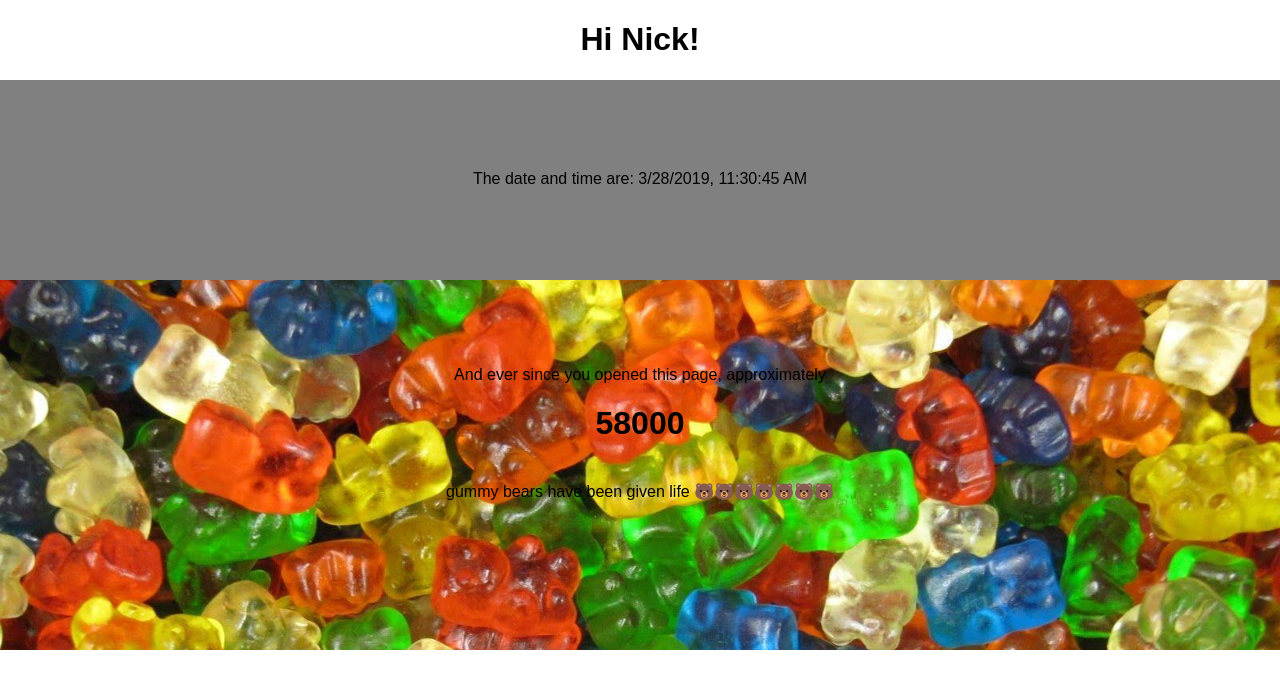
Repository: crispinonicky/gummy-facts
Page: /
These files come from the project's save history. The page is drawn as it stood at one moment and after the next save; the edit follows.
The browser window is 1280 px wide. The pictures show the whole page.
The project was rebuilt for these pictures with package versions that can differ from the ones it lists, and the page was loaded fresh each time.

Above is the page before, as saved 2019-03-28 15:36:40.

### src/App.js
import React, { Component } from 'react';
import './App.css';
import Clock from './components/Clock';
import GummyCount from './components/GummyCount';
import Map from './components/Map';


class App extends Component {
  constructor(props){
    super(props)

    this.state = {
      name: "Nick"
    }

  }



  render() {
    return (
      <div className="App">


      <h1>
        Hi {this.state.name}!
      </h1>

        <Clock />
        <GummyCount />
        <Map />


      </div>
    );
  }
}

export default App;

### src/App.css
.App {
  text-align: center;
  margin: 0 auto;
  font-family: Arial, Helvetica, sans-serif;
}

.Clock {
  height: 200px;
  background: gray;
}

.Clock p {
  position: relative;
  top: 90px;

}

.Count {
  height: 300px;
  background: url('./images/gummy\ bears.jpg');
  background-size: cover;
  padding-top: 70px;

}

.gray-box{
  background-color: rgba(0, 0, 0, 0.8);
  height: 200px;
  width: 400px;
}

/* #googleMap {
  height: 300px;
  width: 400px;
} */

### src/components/Clock.js
import React, { Component } from "react";
import "../App.css";

let time = new Date().toLocaleString();

class Clock extends React.Component {
  constructor(props) {

    super(props)
    this.state = {
      time: new Date().toLocaleString(),
    };
  }

  componentDidMount() {
    this.intervalID = setInterval(
      () => this.tick(),
      1000
    )
  }

  componentWillUnmount() {
    clearInterval(this.intervalID);
  }

  tick() {
    this.setState({
      time: new Date().toLocaleString()
    });
  }

  render() {
    return (
      <div className = "Clock">
      <p>
        The date and time are: {this.state.time}
      </p>
      </div>
    );
  }
}

console.log(typeof time)


export default Clock;

### src/components/GummyCount.js
const React = require('react')

class GummyCount extends React.Component {
  constructor(props) {
    super(props);
    this.state = {
      seconds: 0,
    };
  }

  tick() {
    this.setState(state => ({
      seconds: state.seconds + 1
    }));
  }

  componentDidMount() {
    this.interval = setInterval(() => this.tick(), 10);
  }

  componentWillUnmount() {
    clearInterval(this.interval);
  }

  render() {

    return (
<div>
      <div className = "Count">
        <p>
        And ever since you opened this page, approximately
        <br/>
        <h1>{this.state.seconds * 116}</h1>
        <br/>
        gummy bears have been given life 🐻🐻🐻🐻🐻🐻🐻
        </p>
      </div>
      </div>
    );
  }
}

export default GummyCount;

### src/components/Map.js
import React, { Component } from 'react';
import '../App.css';

// my map: https://maps.googleapis.com/maps/api/js?key=AIzaSyCrbuDGnqcHSG6nK1oo2PyiiXvsyWLZelo&callback=myMap

class Map extends React.Component {
  constructor(props){
    super(props)

    this.state = {
      name: "Nick"
    }

  }



  render() {
    return (
      <div className="Map">

<div id="googleMap">

</div>



      </div>
    );
  }
}

export default Map;

Loaded but not shown: public/index.html (common file); src/index.js (common file); src/index.css (common file); src/serviceWorker.js (common file)

After the next save:
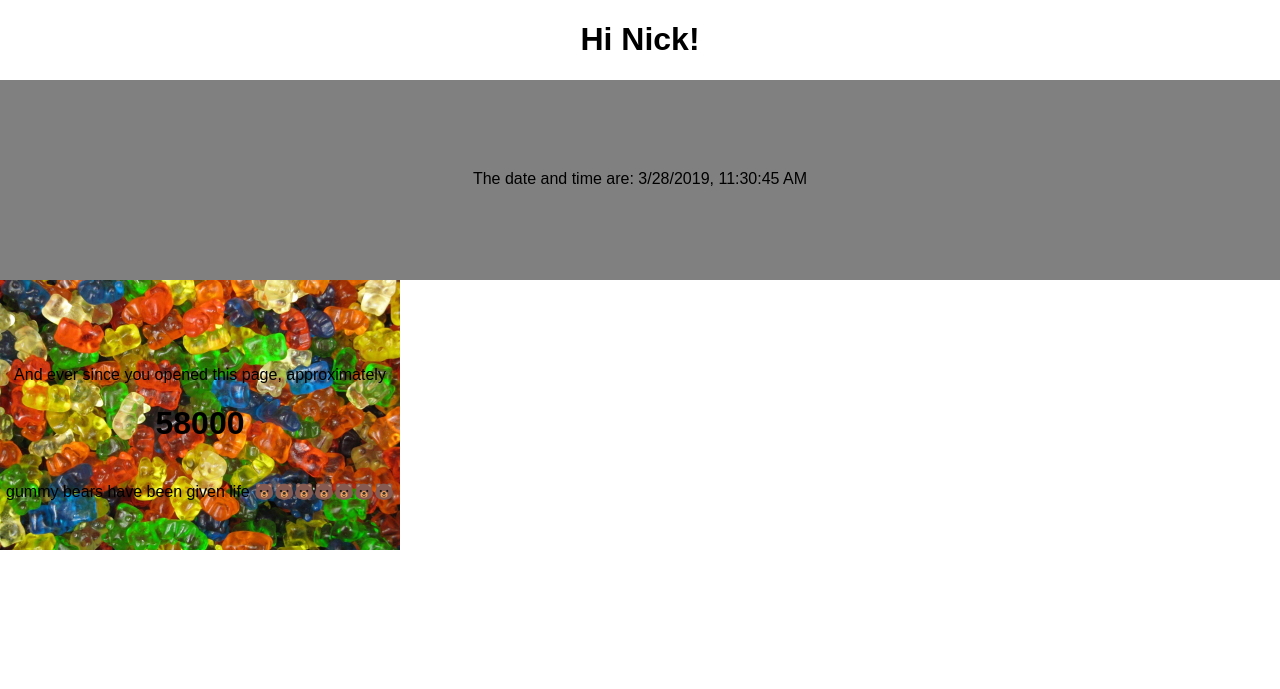
Saved 5 s later.
--- a/src/components/GummyCount.js
+++ b/src/components/GummyCount.js
@@ -26,7 +26,7 @@
 
     return (
 <div>
-      <div className = "Count">
+      <div className = "Count gray-box">
         <p>
         And ever since you opened this page, approximately
         <br/>

After the save that followed:
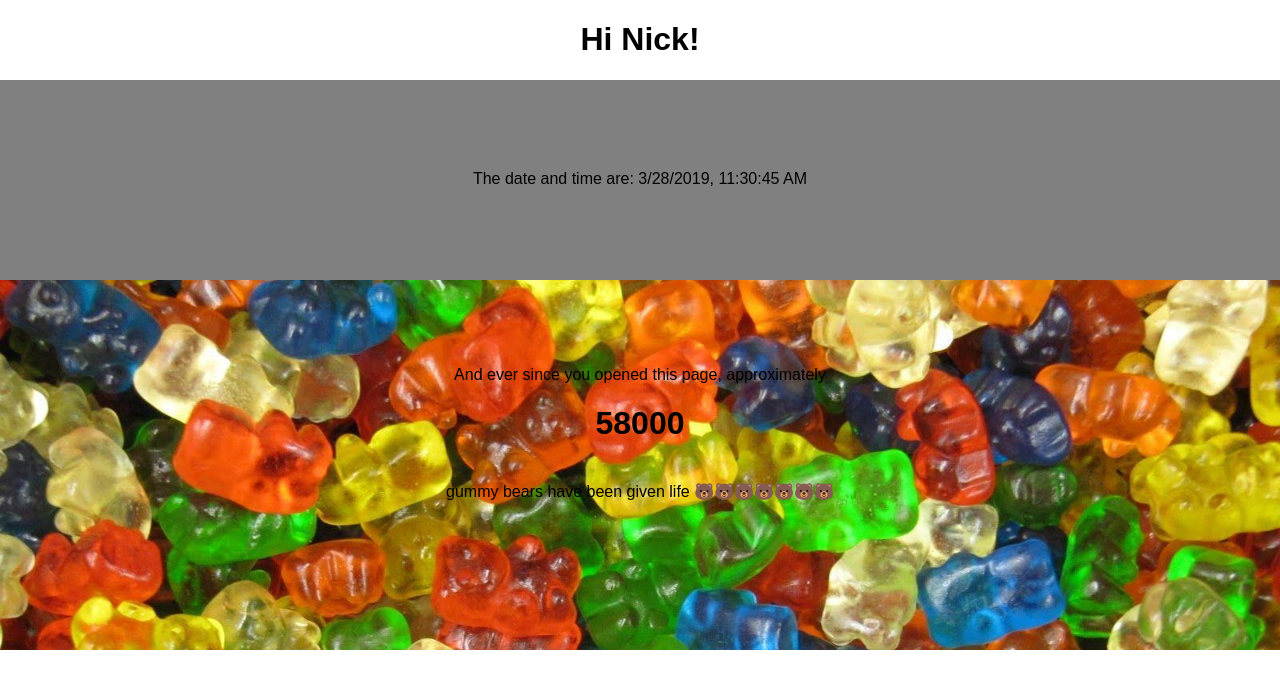
Saved 20 s later.
--- a/src/components/GummyCount.js
+++ b/src/components/GummyCount.js
@@ -26,7 +26,7 @@
 
     return (
 <div>
-      <div className = "Count gray-box">
+      <div className = "Count">
         <p>
         And ever since you opened this page, approximately
         <br/>
